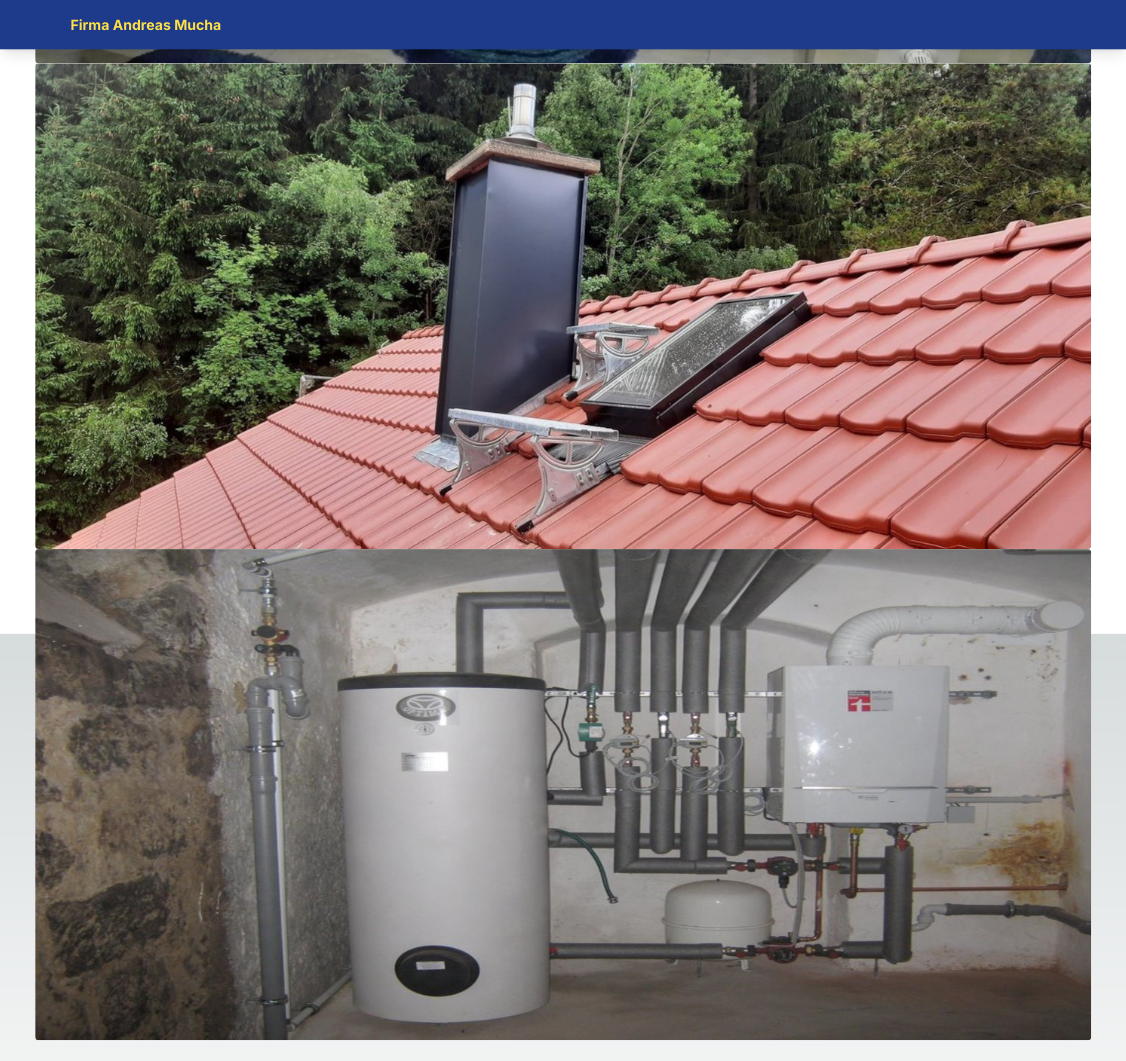
Repository: LorenMucha/firma-andreas-mucha
Page: /
The author's editor kept a copy of each file at every save. The page is drawn from the files as they stood at one save, then again after a run of saves.
The browser window is 1280 px wide. The pictures show the whole page, at 88% of full size.
The project was rebuilt for these pictures with package versions that can differ from the ones it lists, and the page was loaded fresh each time. The framework's server and built-in components were replaced by stand-ins that run in the browser. Also part of the build but not shown: next.config.mjs.

Above is the page before, as saved 2024-04-15 16:56:03.

### src/app/layout.tsx
import type { Metadata } from "next";
import { Inter } from "next/font/google";
import "./globals.css";

const inter = Inter({ subsets: ["latin"] });

export const metadata: Metadata = {
  title: "Firma Andreas Mucha",
  description: "Generated by create next app",
};

export default function RootLayout({
  children,
}: Readonly<{
  children: React.ReactNode;
}>) {
  return (
    <html lang="de" suppressHydrationWarning={true}>
      <body className={inter.className}>{children}</body>
    </html>
  );
}

### src/app/page.tsx
"use client";
import Intro from "./components/Intro";
import Navbar from "./components/Navbar";

export default function Home() {
  return (
    <main className="flex min-h-screen flex-col items-center justify-between">
      <Navbar />
      <Intro />
    </main>)
}

### src/app/globals.css
@tailwind base;
@tailwind components;
@tailwind utilities;

@import '@coreui/coreui/dist/css/coreui.min.css';

:root {
  --foreground-rgb: 0, 0, 0;
  --background-start-rgb: 214, 219, 220;
  --background-end-rgb: 255, 255, 255;
}

@media (prefers-color-scheme: dark) {
  :root {
    --foreground-rgb: 255, 255, 255;
    --background-start-rgb: 0, 0, 0;
    --background-end-rgb: 0, 0, 0;
  }
}

body {
  color: rgb(var(--foreground-rgb));
  background: linear-gradient(to bottom,
      transparent,
      rgb(var(--background-end-rgb))) rgb(var(--background-start-rgb));
}

@layer utilities {
  .text-balance {
    text-wrap: balance;
  }
}

### src/app/components/Intro.tsx
import { CCarousel, CCarouselItem, CImage } from "@coreui/react"

const Intro = (): React.JSX.Element =>
    <div className="w-screen h-screen flex flex-col justify-center items-center bg-white p-10">
        <CCarousel controls indicators>
            <CCarouselItem>
                <CImage align="center" className="object-cover" fluid rounded src="/images/bad.jpg" alt="slide 1" />
            </CCarouselItem>
            <CCarouselItem>
                <CImage align="center" className="object-cover" fluid rounded src="/images/dach.jpg" alt="slide 2" />
            </CCarouselItem>
            <CCarouselItem>
                <CImage align="center" className="object-cover" fluid rounded src="/images/heizung.JPG" alt="slide 3" />
            </CCarouselItem>
        </CCarousel>
    </div>

export default Intro

### src/app/components/Navbar.tsx
const Navbar = (): React.JSX.Element =>
    <nav className="shadow-lg fixed w-screen top-0 z-10 px-3 bg-blue-900">
        <div className="max-w-6xl mx-auto">
            <div className="flex justify-between">
                <div className="inline-flex justify-center md:p-4 mb-1 mt-1 md:mt-0 md:mb-0">
                    <a>
                        <span className="font-bold  text-yellow-300">Firma Andreas Mucha</span>
                    </a>
                </div>
            </div>
        </div>
    </nav>

export default Navbar

Loaded but not shown: tailwind.config.ts (common file)

After the next 2 saves:
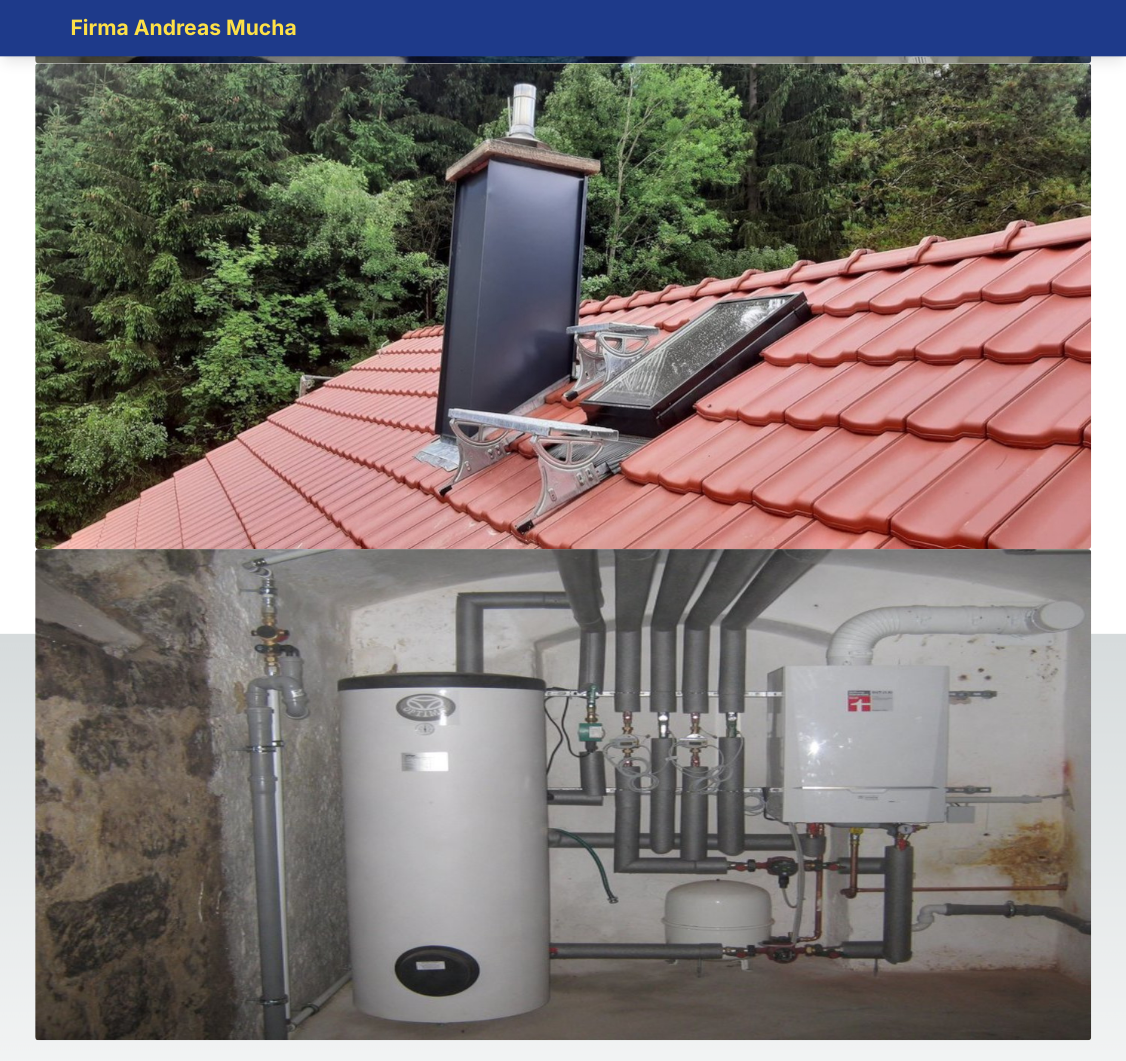
The 2 saves are shown as one change because they came seconds apart.
The last was saved 8 s later.
--- a/src/app/components/Navbar.tsx
+++ b/src/app/components/Navbar.tsx
@@ -4,7 +4,7 @@ const Navbar = (): React.JSX.Element =>
             <div className="flex justify-between">
                 <div className="inline-flex justify-center md:p-4 mb-1 mt-1 md:mt-0 md:mb-0">
                     <a>
-                        <span className="font-bold  text-yellow-300">Firma Andreas Mucha</span>
+                        <span className="font-bold text-2xl text-yellow-300">Firma Andreas Mucha</span>
                     </a>
                 </div>
             </div>
